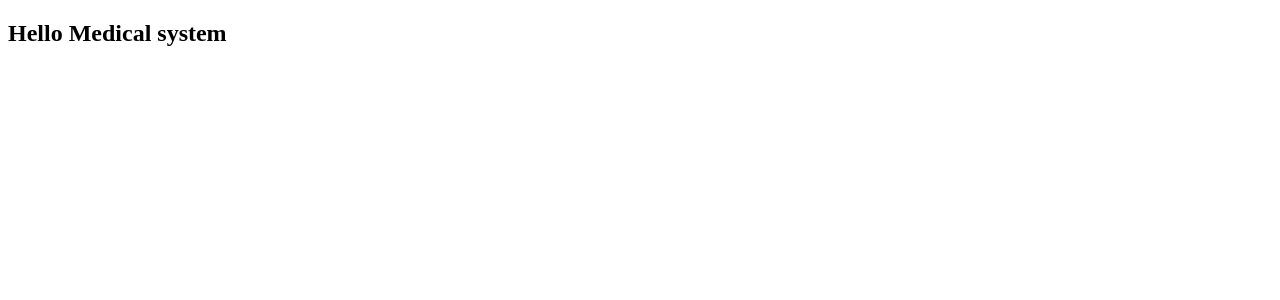
Repository: Abhinavan2004/MediBridge-hms
Page: http://localhost/Hospital_Management_System/
These files come from the project's save history. The page is drawn as it stood at one moment and after the next save; the edit follows.
The browser window is 1280 px wide. The pictures show the whole page.
Some web libraries are served in a nearby version. The page is served by Tomcat 9.

Above is the page before, as saved 2025-07-11 21:05:11.

After the next save:
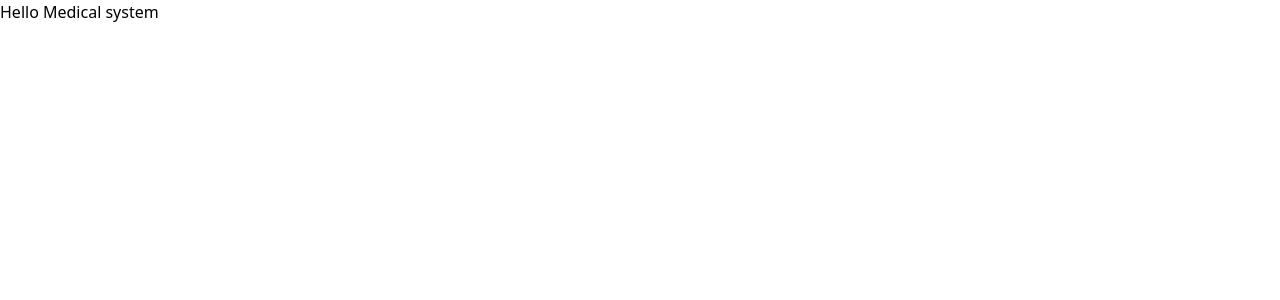
Saved 7 min 22 s later.
--- a/Hospital_Management_System/src/main/webapp/index.jsp
+++ b/Hospital_Management_System/src/main/webapp/index.jsp
@@ -4,9 +4,12 @@
 <html>
 <head>
 <meta charset="UTF-8">
-<title>MEdicare home</title>
+<title>MediBridge</title>
+
 </head>
 <body>
 <h2>Hello Medical system </h2>
+  <script src="https://cdn.tailwindcss.com"></script>
+
 </body>
 </html>

After the 2 saves that followed:
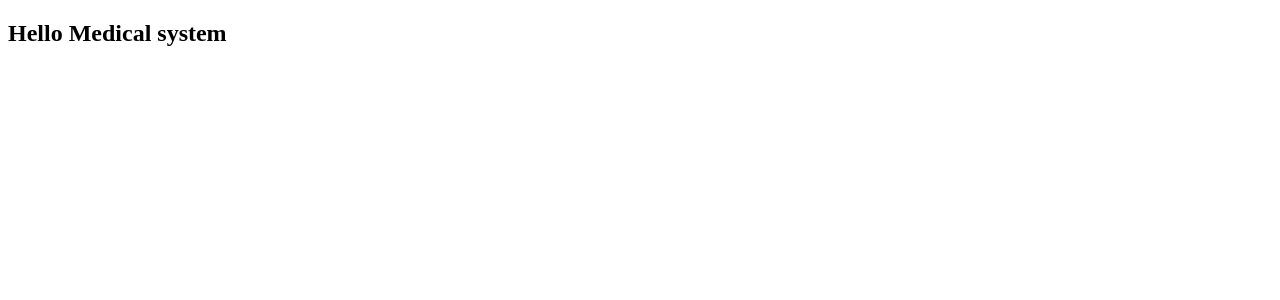
The 2 saves are shown as one change because 1 left the picture as it was.
The last was saved 2 min 3 s later.
--- a/Hospital_Management_System/src/main/webapp/index.jsp
+++ b/Hospital_Management_System/src/main/webapp/index.jsp
@@ -9,7 +9,7 @@
 </head>
 <body>
 <h2>Hello Medical system </h2>
-  <script src="https://cdn.tailwindcss.com"></script>
+ <!-- <script src="https://cdn.tailwindcss.com"></script> -->
 
 </body>
 </html>
